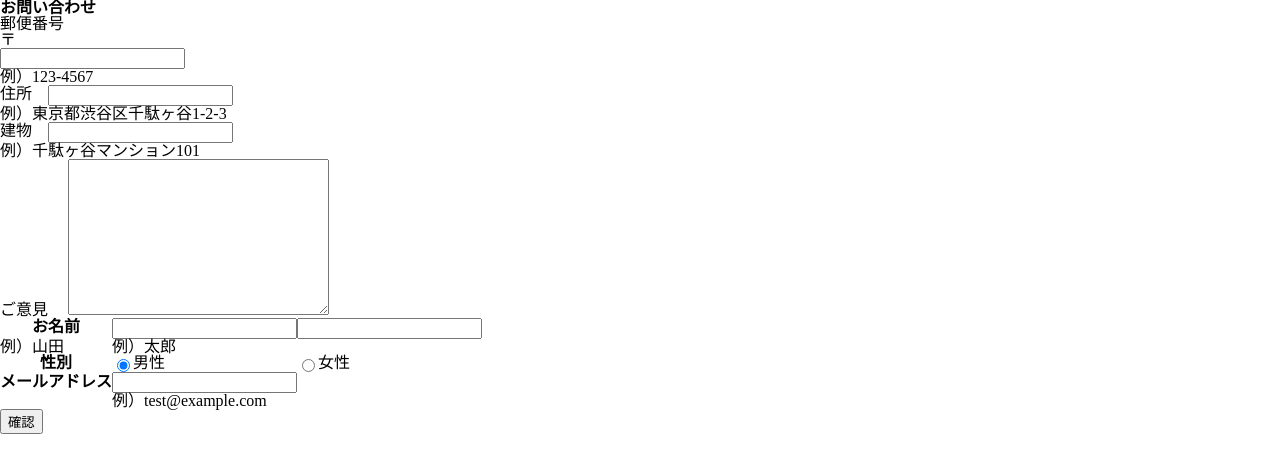
Repository: 1000sky/20220728majima
Page: resources/views/contact.blade.php
An editor plug-in stored every save of this project. The page is shown before and after the next save, followed by the edit.
The browser window is 1280 px wide. The pictures show the whole page.
The page is served by the project's Laravel application, run on PHP 8.4 with Laravel 8. The template is opened directly, without the code that normally fills it, so the values that code supplies are empty.

Above is the page before, as saved 2022-07-27 23:52:16.

After the next save:
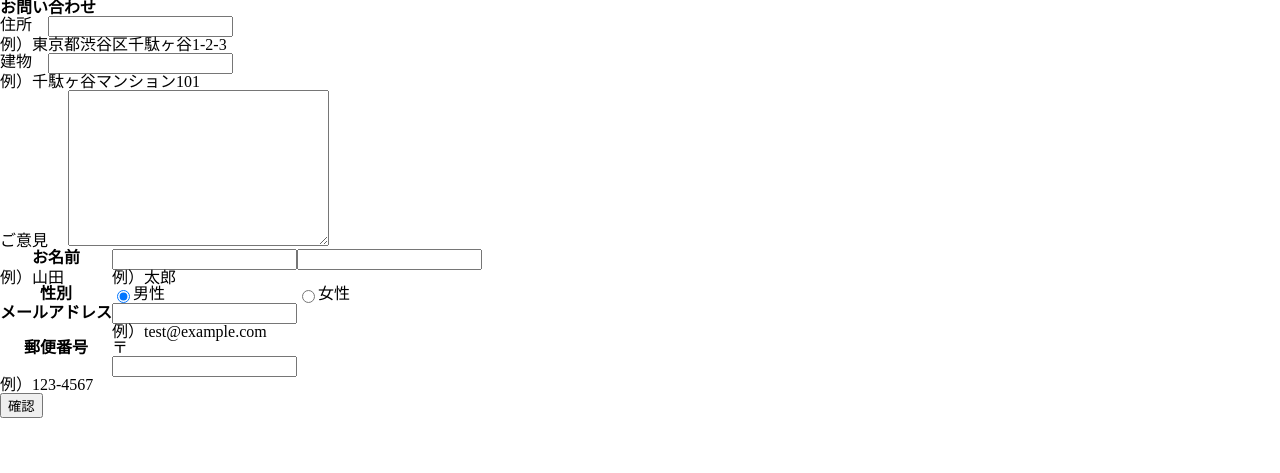
Saved 2 min 46 s later.
--- a/advance-test/resources/views/contact.blade.php
+++ b/advance-test/resources/views/contact.blade.php
@@ -59,8 +59,8 @@
         <tr>
           <th><label for="">メールアドレス</label></th>
           <td><input type="text"><P>例）test@example.com</P></th>
+        </tr>
 
-        </tr>
         @if ($errors->has('email'))
         <tr>
           <th>ERROR</th>
@@ -71,8 +71,12 @@
         @endif
 
         <tr>
-        <label for="">
-            郵便番号　<div>〒</div> <input type="text"><p>例）123-4567</p>
+          <th><label for="">郵便番号</label></th>
+          <td><div>〒</div> <input type="text"></td>
+        </tr>
+        <tr>
+          <td><p>例）123-4567</p></td>
+        </tr>
         </label>
         </tr>
 
